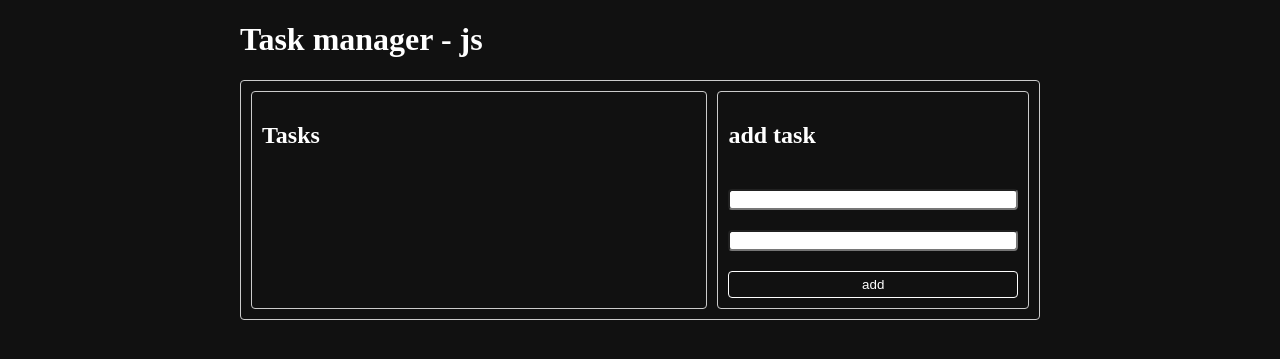
Repository: iKrekus/taskmgr-js
Page: index.html
These files come from the project's save history. The page is drawn as it stood at one moment and after the next save; the edit follows.
The browser window is 1280 px wide. The pictures show the whole page.

Above is the page before, as saved 2024-03-15 16:51:49.

### index.html
<!DOCTYPE html>
<html>
<head>
  <meta charset='utf-8'>
  <meta http-equiv='X-UA-Compatible' content='IE=edge'>
  <title>Task manager - js</title>
  <meta name='viewport' content='width=device-width, initial-scale=1'>
  <link rel='stylesheet' type='text/css' media='screen' href='style.css'>
</head>
<body>
<main class="task-mgr">
  <h1>Task manager - js</h1>
  <div class="task-mgr__container container">
    <div class="task-mgr__tasks-box container">
      <h2>Tasks</h2>
      <ul class="task-mgr__list">
      </ul>
    </div>
    <div class="task-mgr__add-task container">
      <h2>add task</h2>
      <label for="title">
        <input type="text" name="title" id="task-title" class="task-mgr__field">
      </label>
      <label for="description">
        <input type="text" name="description" id="task-description" class="task-mgr__field">
      </label>
      <button type="button" class="btn btn__add" id="btn-add">add</button>
    </div>
  </div>
</main>
<template id="task-tmpl">
  <li>
  <p class="task-title"></p>
  <p class="task-description"></p>
  <button type="button" class="btn btn__remove"></button>
  </li>
</template>
<script src='app.js'></script>
</body>
</html>

### style.css
body {
  background-color: #111111;
  color: #ffffff;
}

.task-mgr {
  max-width: 800px;
  margin: 0 auto;
}

.task-mgr__list {
  list-style-type: none;
  padding: 0;
}

.task-mgr__list li {
  box-shadow: 0 0 10px -5px #ffffff;
  border-radius: 4px;
  padding: 4px 6px;
  position: relative;
  margin-bottom: 16px;
  transition: all .4s ease-in-out;
}

.task-mgr__list p{
  margin: 0;
}

.task-mgr__container {
  display: flex;
  gap: 10px;
}

.task-mgr__tasks-box {
  width: 60%;
}

.task-mgr__add-task {
  width: 40%;
  display: flex;
  flex-direction: column;
  gap: 20px;

}

.task-mgr__add-task label {
  display: flex;
  flex-direction: row;
}


.task-mgr__field {
  width: 100%;
  padding: 1px 5px;
  border-radius: 4px;
}

.task-mgr__field:focus {
  border: 1px solid #ff0037;
  outline: none;
}

.task-mgr-btn {
  width: 100%;
}

.container {
  border: 1px solid #cccccc;
  border-radius: 4px;
  padding: 10px;
}

.task-title {
  font-size: 1.2em;
  color: #ff0037;
  background-color: #222222;
  padding: 0 5px;
  border-radius: 4px 4px 0 0;
}

.task-description {
  background-color: #444444;
  padding: 0 5px;
  border-radius: 0 0 4px 4px;
}

.btn {
  background: none;
  border: 1px solid #ffffff;
  padding: 5px 10px;
  border-radius: 4px;
  color: #ffffff;
}

.btn {
  transition: all .3s ease-in-out;
}

.btn:hover,
.btn:focus {
  cursor: pointer;
  transition: all .3s ease-in-out;
}

.btn__add:active {
  transform: scale(0.99);
  transition: all .1s ease-in-out;
}

.btn__add:hover {
  color: #ff0037;
  border-color: #ff0037;
}

.btn__remove {
  position: absolute;
  content: "";
  top: -8px;
  right: -6px;
  width: 16px;
  height: 16px;
  padding: 0;
}


.btn__remove::before {
  position: absolute;
  left: 50%;
  top: 50%;
  transform: translate(-50%, -50%) rotate(-45deg);
  content: "";
  height: 1px;
  width: 10px;
  background-color: #ffffff;
}

.btn__remove::after {
  position: absolute;
  left: 50%;
  top: 50%;
  transform: translate(-50%, -50%) rotate(45deg);
  content: "";
  height: 1px;
  width: 10px;
  background-color: #ffffff;
}

.btn__remove:hover::before {
  transform: translate(-50%, -50%) rotate(180deg);
  transition: all .3s ease-in-out;
}


.btn__remove:hover::after {
  transform: translate(-50%, -50%) rotate(180deg);
  transition: all .3s ease-in-out;
}

.task-mgr__list li:has(.btn__remove:hover) {
  transform: translateY(-5px);
  transition: all .4s ease-in-out;
}

### app.js
const taskTitleField = document.querySelector('#task-title');
const taskDescriptionField = document.querySelector('#task-description');
const buttonAdd = document.querySelector('#btn-add');
const taskTitle = document.querySelector('.task-mgr__list');
const taskTemplate = document.querySelector('#task-tmpl').content;

buttonAdd.addEventListener('click', function () {
  if (taskTitleField.value && taskDescriptionField.value) {
  createTask(taskTitleField.value, taskDescriptionField.value);
  clear();
  }

})

function clear(){
  taskTitleField.value='';
  taskDescriptionField.value='';
};

function createTask (name, description) {
  const task = taskTemplate.cloneNode(true);
  task.querySelector('.task-title').textContent = name;
  task.querySelector('.task-description').textContent = description;
  task.querySelector('.btn__remove').addEventListener('click', function(){
    this.closest('LI').remove();
  });
  renderTask(task)
}

function renderTask (task) {
  const taskElement = document.createDocumentFragment();
  taskElement.append(task);
  taskTitle.append(taskElement);
}

After the next save:
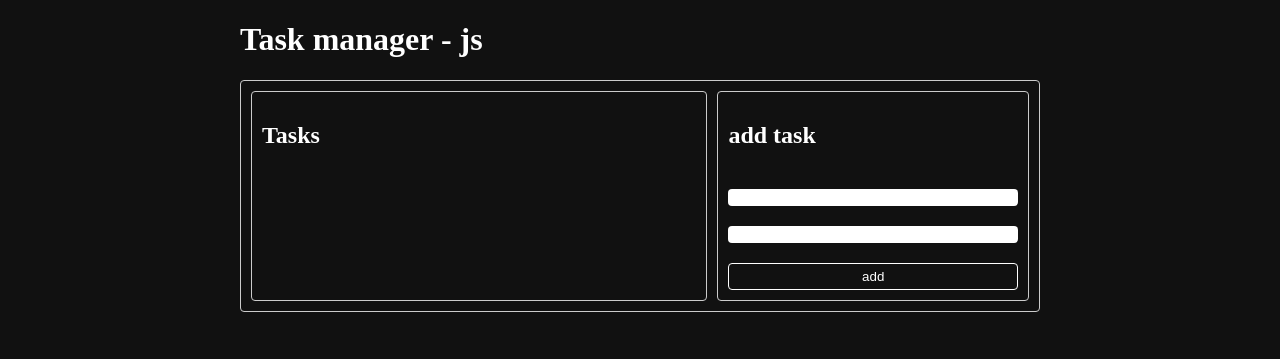
Saved 38 s later.
--- a/style.css
+++ b/style.css
@@ -53,10 +53,11 @@ body {
   width: 100%;
   padding: 1px 5px;
   border-radius: 4px;
+  border: none;
 }
 
 .task-mgr__field:focus {
-  border: 1px solid #ff0037;
+  box-shadow: 0 0 1px #ff0037;
   outline: none;
 }
 
